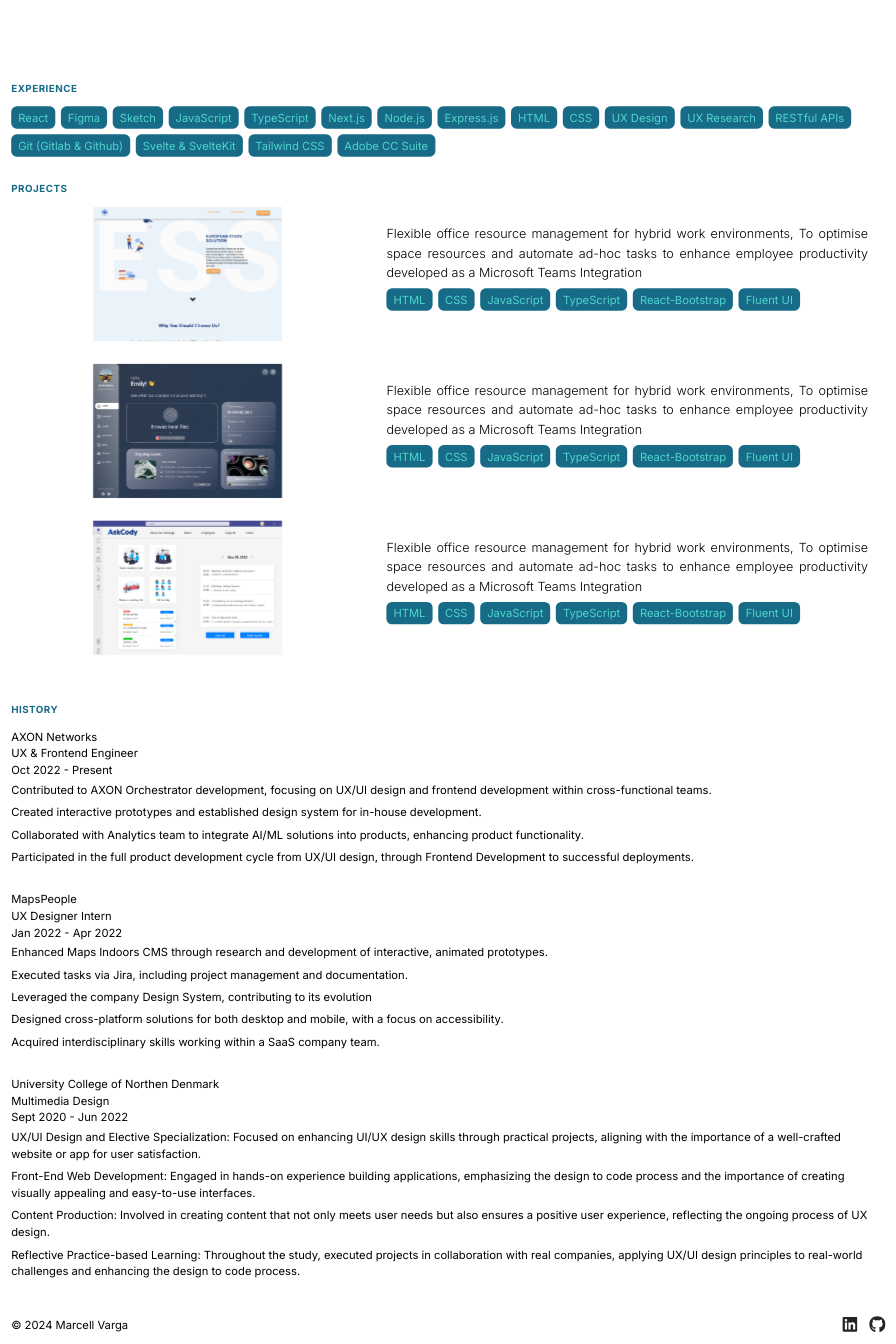
Repository: TheMarcellVarga/personal-portfolio-v.2
Page: /
These files come from the project's save history. The page is drawn as it stood at one moment and after a run of saves; the edit follows.
The browser window is 1280 px wide. The pictures show the part of the page from y = 1457 to 3377 px (the page is 3377 px tall before and 3273 px after), at 70% of full size.
The project was rebuilt for these pictures with package versions that can differ from the ones it lists, and the page was loaded fresh each time. The framework's server and built-in components were replaced by stand-ins that run in the browser. Also part of the build but not shown: next.config.mjs.

Above is the page before, as saved 2024-04-25 23:35:38.

### app/layout.tsx
import type { Metadata } from "next";
import { Inter } from "next/font/google";
import "./globals.css";

const inter = Inter({ subsets: ["latin"] });

export const metadata: Metadata = {
  title: {
    template: "%s | Marcell Varga",
    default: "Marcell Varga",
  },
  description: "Marcell Varga Portfolio | UX & Frontend Engineer",
};
export default function RootLayout({
  children,
}: Readonly<{
  children: React.ReactNode;
}>) {
  return (
    <html lang="en">
      <body className={inter.className}>{children}</body>
    </html>
  );
}

### app/page.tsx
"use client";

import { useState } from "react";
import Link from "next/link";
import Image from "next/image";
import IndexSigAnimated from "../public/icons/indexSigAnimated";

// Header component
const Header = () => {
  const [isOpen, setIsOpen] = useState(false);

  return (
    <header className="flex justify-between items-center w-full">
      <div className="flex items-center">
        {/* Icon */}
        <Link href="/">
          <IndexSigAnimated />
        </Link>
      </div>
      <nav className="flex items-center">
        {/* Hamburger Menu */}
        <div
          className={`md:hidden z-2 ${isOpen ? "open" : ""}`}
          onClick={() => setIsOpen(!isOpen)}
        >
          <div className="w-6 h-0.5 bg-gray-800 mb-1"></div>
          <div className="w-6 h-0.5 bg-gray-800 mb-1"></div>
          <div className="w-6 h-0.5 bg-gray-800"></div>
        </div>
        {/* Navigation Links */}
        <div className={`nav-overlay ${isOpen ? "open" : ""}`}>
          <div className={`${isOpen ? "block" : "hidden"} md:flex space-x-4`}>
            <Link href="/about">
              <div
                className="text-sm font-medium"
                style={{ color: isOpen ? "#eeeeee" : "inherit" }}
              >
                About
              </div>
            </Link>
            <Link href="/work">
              <div
                className="text-sm font-medium"
                style={{ color: isOpen ? "#eeeeee" : "inherit" }}
              >
                Work
              </div>
            </Link>
            <Link href="/contact">
              <div
                className="text-sm font-medium"
                style={{ color: isOpen ? "#eeeeee" : "inherit" }}
              >
                Contact
              </div>
            </Link>
          </div>
        </div>
        <div className={`${isOpen ? "hidden" : "block"}`}>
          <div className={`${isOpen ? "block" : "hidden"} md:flex space-x-4`}>
            <Link href="/about">
              <div
                className="text-sm font-medium"
                style={{ color: isOpen ? "#eeeeee" : "inherit" }}
              >
                About
              </div>
            </Link>
            <Link href="/work">
              <div
                className="text-sm font-medium"
                style={{ color: isOpen ? "#eeeeee" : "inherit" }}
              >
                Work
              </div>
            </Link>
            <Link href="/contact">
              <div
                className="text-sm font-medium"
                style={{ color: isOpen ? "#eeeeee" : "inherit" }}
              >
                Contact
              </div>
            </Link>
          </div>
        </div>
      </nav>
    </header>
  );
};

// Footer component
const Footer = () => {
  return (
    <div className="flex w-full flex-row justify-between items-center">
      <div className="flex w-full">© 2024 Marcell Varga</div>
      <div className="flex space-x-4">
        <Image
          src="/icons/linkedin.svg"
          alt="Linkedin Icon"
          width={24}
          height={24}
        />
        <Image
          src="/icons/github.svg"
          alt="GitHub Icon"
          width={24}
          height={24}
        />
      </div>
    </div>
  );
};

const projects = [
  {
    title:
      "Flexible office resource management for hybrid work environments, To optimise space resources and automate ad-hoc tasks to enhance employee productivity developed as a Microsoft Teams Integration",
    description: "",
    skills: [
      "HTML",
      "CSS",
      "JavaScript",
      "TypeScript",
      "React-Bootstrap",
      "Fluent UI",
    ],
    link: "/ess", // Example link to the project details page
    image: "/images/ess-index.png", // Add the path to the image
  },
  {
    title:
      "Flexible office resource management for hybrid work environments, To optimise space resources and automate ad-hoc tasks to enhance employee productivity developed as a Microsoft Teams Integration",
    description: "",
    skills: [
      "HTML",
      "CSS",
      "JavaScript",
      "TypeScript",
      "React-Bootstrap",
      "Fluent UI",
    ],
    link: "/catchscan", // Example link to the project details page
    image: "/images/catchscan-index.png", // Add the path to the image
  },
  {
    title:
      "Flexible office resource management for hybrid work environments, To optimise space resources and automate ad-hoc tasks to enhance employee productivity developed as a Microsoft Teams Integration",
    description: "",
    skills: [
      "HTML",
      "CSS",
      "JavaScript",
      "TypeScript",
      "React-Bootstrap",
      "Fluent UI",
    ],
    link: "/askcody", // Example link to the project details page
    image: "/images/askcody-index.png", // Add the path to the image
  },
  // Add more projects here
];

const history = [
  {
    company: "AXON Networks",
    jobTitle: "UX & Frontend Engineer",
    time: {
      start: "Oct 2022",
      end: "",
    },
    description: [
      "Contributed to AXON Orchestrator development, focusing on UX/UI design and frontend development within cross-functional teams.",
      "Created interactive prototypes and established design system for in-house development.",
      "Collaborated with Analytics team to integrate AI/ML solutions into products, enhancing product functionality.",
      "Participated in the full product development cycle from UX/UI design, through Frontend Development to successful deployments.",
    ],
    skills: [
      "HTML",
      "CSS",
      "JavaScript",
      "TypeScript",
      "React-Bootstrap",
      "Fluent UI",
    ],
  },
  {
    company: "MapsPeople",
    jobTitle: "UX Designer Intern",
    time: {
      start: "Jan 2022",
      end: "Apr 2022",
    },
    description: [
      "Enhanced Maps Indoors CMS through research and development of interactive, animated prototypes.",
      "Executed tasks via Jira, including project management and documentation.",
      "Leveraged the company Design System, contributing to its evolution",
      "Designed cross-platform solutions for both desktop and mobile, with a focus on accessibility.",
      "Acquired interdisciplinary skills working within a SaaS company team.",
    ],
    skills: [
      "HTML",
      "CSS",
      "JavaScript",
      "TypeScript",
      "React-Bootstrap",
      "Fluent UI",
    ],
  },
  {
    company: "University College of Northen Denmark",
    jobTitle: "Multimedia Design",
    time: {
      start: "Sept 2020",
      end: "Jun 2022",
    },
    description: [
      "UX/UI Design and Elective Specialization: Focused on enhancing UI/UX design skills through practical projects, aligning with the importance of a well-crafted website or app for user satisfaction.",
      "Front-End Web Development: Engaged in hands-on experience building applications, emphasizing the design to code process and the importance of creating visually appealing and easy-to-use interfaces.",
      "Content Production: Involved in creating content that not only meets user needs but also ensures a positive user experience, reflecting the ongoing process of UX design.",
      "Reflective Practice-based Learning: Throughout the study, executed projects in collaboration with real companies, applying UX/UI design principles to real-world challenges and enhancing the design to code process.",
    ],
    skills: [
      "HTML",
      "CSS",
      "JavaScript",
      "TypeScript",
      "React-Bootstrap",
      "Fluent UI",
    ],
  },
  // Add more projects here
];

export default function Page() {
  return (
    <div className="m-4">
      <Header />
      <main className="flex flex-col items-center justify-between h-screen m-4 gap-1 w-full">
        <div className="flex-grow pb-12 w-full flex flex-col items-center justify-center gap-">
          <div className="flex flex-row w-full text-7xl font-medium items-center justify-start">
            Hey, I'm&nbsp;
            <span className="text-custom-blue font-bold">Marcell Varga</span>
          </div>
          <div className="flex w-full text-4xl font-light items-center justify-start my-2">
            UX & Frontend engineer
          </div>
        </div>
        <div className="pb-32 flex flex-col items-center justify-start">
          <Image
            className="animate-moveDown"
            src="/icons/mouseScroll.svg"
            alt="Scroll your mouse down Icon"
            width={30}
            height={30}
          />
        </div>
      </main>
      {/* Drive Section */}
      <section className="flex flex-col items-center justify-between h-screen m-4 gap-1 w-full">
        <div className="flex w-full h-screen text-5xl font-medium items-center justify-start">
          <h2 className="text-2xl font-light text-justify m-6">
            An adventurous UX & Frontend engineer with an enthusiasm for
            crafting delightful digital experiences. I thrive on solving complex
            problems through efficient design and love turning challenges into
            opportunities. Overcoming challenges through efficient design is
            what fuelling my everyday drive.
          </h2>
        </div>
      </section>
      <section className="flex flex-col items-center justify-between my-4 gap-1 w-full">
        {/* New Experience Section */}
        <article className="mt-8 w-full">
          <h2 className="text-custom-blue text-sm font-bold mb-4 tracking-wider uppercase">
            Experience
          </h2>
          <div className="flex flex-wrap gap-2">
            {[
              "React",
              "Figma",
              "Sketch",
              "JavaScript",
              "TypeScript",
              "Next.js",
              "Node.js",
              "Express.js",
              "HTML",
              "CSS",
              "UX Design",
              "UX Research",
              "RESTful APIs",
              "Git (Gitlab & Github)",
              "Svelte & SvelteKit",
              "Tailwind CSS",
              "Adobe CC Suite",
            ].map((skill) => (
              <div
                key={skill}
                className="bg-custom-blue text-custom-teal px-2.5 py-1 rounded-lg"
              >
                {skill}
              </div>
            ))}
          </div>
        </article>
        <article className="my-8 w-full">
          <h2 className="text-custom-blue text-sm font-bold mb-4 tracking-wider uppercase">
            Projects
          </h2>
          <div className="flex flex-col gap-8">
            {projects.map((project) => (
              <div key={project.title} className="flex gap-2">
                <div className="w-full h-full relative rounded-lg overflow-hidden y-5">
                  <Link href={project.link} className="block h-48">
                    <Image
                      src={project.image} // Use the image path from the project object
                      alt={project.title} // Use the project title as the alt text
                      layout="fill" // Make the image fill its container
                      objectFit="contain" // Adjust the image's aspect ratio to cover the container
                    />
                  </Link>
                </div>
                <div className="flex flex-col m-6 gap-2">
                  <div className="text-lg font-light text-justify">
                    <div>{project.title}</div>
                    <div>{project.description}</div>
                  </div>
                  <div className="flex flex-wrap gap-2">
                    {project.skills.map((skill) => (
                      <div
                        key={skill}
                        className="bg-custom-blue text-custom-teal px-2.5 py-1 rounded-lg"
                      >
                        {skill}
                      </div>
                    ))}
                  </div>
                </div>
              </div>
            ))}
          </div>
        </article>
        <article className="my-8 w-full">
          <h2 className="text-custom-blue text-sm font-bold mb-4 tracking-wider uppercase">
            History
          </h2>
          <div className="flex flex-col gap-8">
            {history.map((item, index) => (
              <div key={index}>
                <div>
                  <h3>{item.company}</h3>
                </div>
                <div>
                  <h3>{item.jobTitle}</h3>
                  <h4>
                    {item.time.start} -{" "}
                    {item.time.end ? item.time.end : "Present"}
                  </h4>
                  <p>
                    {item.description.map((desc, index) => (
                      <p key={index} className="py-1">{desc}</p>
                    ))}
                  </p>
                </div>
                {/* Render other properties as needed */}
              </div>
            ))}
          </div>
        </article>
      </section>
      <Footer />
    </div>
  );
}

### app/globals.css
@tailwind base;
@tailwind components;
@tailwind utilities;

/* :root {
  --foreground-rgb: 0, 0, 0;
  --background-start-rgb: 214, 219, 220;
  --background-end-rgb: 255, 255, 255;
}

@media (prefers-color-scheme: dark) {
  :root {
    --foreground-rgb: 255, 255, 255;
    --background-start-rgb: 0, 0, 0;
    --background-end-rgb: 0, 0, 0;
  }
}

body {
  color: rgb(var(--foreground-rgb));
  background: linear-gradient(
      to bottom,
      transparent,
      rgb(var(--background-end-rgb))
    )
    rgb(var(--background-start-rgb));
}

@layer utilities {
  .text-balance {
    text-wrap: balance;
  }
} */

@-webkit-keyframes animate-svg-stroke-1 {
  0% {
    stroke-dashoffset: 210.06117248535156px;
    stroke-dasharray: 210.06117248535156px;
  }

  100% {
    stroke-dashoffset: 420.1223449707031px;
    stroke-dasharray: 210.06117248535156px;
  }
}

@keyframes animate-svg-stroke-1 {
  0% {
    stroke-dashoffset: 210.06117248535156px;
    stroke-dasharray: 210.06117248535156px;
  }

  100% {
    stroke-dashoffset: 420.1223449707031px;
    stroke-dasharray: 210.06117248535156px;
  }
}

.svg-elem-1 {
  -webkit-animation: animate-svg-stroke-1 1s ease-in-out 1s both;
  animation: animate-svg-stroke-1 1s ease-in-out 1s both;
}

@-webkit-keyframes animate-svg-stroke-2 {
  0% {
    stroke-dashoffset: 798.271240234375px;
    stroke-dasharray: 798.271240234375px;
  }

  100% {
    stroke-dashoffset: 1596.54248046875px;
    stroke-dasharray: 798.271240234375px;
  }
}

@keyframes animate-svg-stroke-2 {
  0% {
    stroke-dashoffset: 798.271240234375px;
    stroke-dasharray: 798.271240234375px;
  }

  100% {
    stroke-dashoffset: 1596.54248046875px;
    stroke-dasharray: 798.271240234375px;
  }
}

.svg-elem-2 {
  -webkit-animation: animate-svg-stroke-2 1s ease-in-out 1.12s both;
  animation: animate-svg-stroke-2 1s ease-in-out 1.12s both;
}

@-webkit-keyframes animate-svg-stroke-3 {
  0% {
    stroke-dashoffset: 2px;
    stroke-dasharray: 2px;
  }

  100% {
    stroke-dashoffset: 4px;
    stroke-dasharray: 2px;
  }
}

@keyframes animate-svg-stroke-3 {
  0% {
    stroke-dashoffset: 2px;
    stroke-dasharray: 2px;
  }

  100% {
    stroke-dashoffset: 4px;
    stroke-dasharray: 2px;
  }
}

.svg-elem-3 {
  -webkit-animation: animate-svg-stroke-3 1s ease-in-out 1.24s both;
  animation: animate-svg-stroke-3 1s ease-in-out 1.24s both;
}

/* CSS for the overlay */
.nav-overlay {
  position: fixed;
  top: 0;
  right: 0;
  width: 80%; /* Adjust the width as needed */
  height: 100%;
  background-color: rgba(23, 107, 135, 1); /* Semi-transparent background */
  transform: translateX(100%); /* Hidden off-screen to the right */
  transition: transform 0.3s ease-out; /* Smooth transition */
  display: flex;
  flex-direction: column;
  justify-content: center;
  align-items: center;
  padding: 2rem;
  z-index: 2; /* Ensure it's above other content */
}

.nav-overlay.open {
  transform: translateX(0); /* Slide in from the right */
}

/* Hamburger menu with increased z-index when open */
.md\:hidden {
  cursor: pointer;
  z-index: 2; /* Default z-index */
}

.md\:hidden.open {
  z-index: 5; /* Increased z-index when open */
}

/* Hamburger menu lines */
.md\:hidden > div {
  transition: all 0.3s ease;
}

/* Top line of the hamburger menu */
.md\:hidden > div:nth-child(1) {
  transform-origin: center;
}

/* Middle line of the hamburger menu */
.md\:hidden > div:nth-child(2) {
  transform-origin: center;
}

/* Bottom line of the hamburger menu */
.md\:hidden > div:nth-child(3) {
  transform-origin: center;
}

/* Animation for the hamburger menu to become a cross */
.md\:hidden.open > div:nth-child(1) {
  transform: rotate(45deg);
}

.md\:hidden.open > div:nth-child(2) {
  opacity: 0;
}

.md\:hidden.open > div:nth-child(3) {
  transform: rotate(-45deg);
}

/* Hamburger menu with increased z-index when open */
.md\:hidden {
  cursor: pointer;
  z-index: 2; /* Default z-index */
}

.md\:hidden.open {
  z-index: 5; /* Increased z-index when open */
}

/* CSS for the close button */
.close-btn {
  position: absolute;
  top: 1rem;
  right: 1rem;
  background: none;
  border: none;
  font-size: 1.5rem;
  color: #fff;
  cursor: pointer;
}

@keyframes moveDown {
  0% {
    transform: translateY(0);
  }
  100% {
    transform: translateY(10px); /* Adjust the value as needed */
  }
}

.animate-moveDown {
  animation: moveDown 2s infinite alternate ease-in-out; /* Adjust the duration as needed */
}

### public/icons/indexSigAnimated.tsx
import React from 'react';

const IndexSigIcon: React.FC = () => {
 return (
    <svg className="svg-elem-1" width="85" height="37" viewBox="0 0 85 37" fill="none" xmlns="http://www.w3.org/2000/svg">
      <g clipPath="url(#clip0_18_152)">
        <path d="M0.396973 36.3291C0.396973 36.3291 1.80464 21.811 13.6633 7.89246" stroke="#053B50" strokeLinecap="round" strokeLinejoin="round"/>
        <path d="M84.6029 0.378418C83.4907 1.72562 28.5188 31.0478 28.5188 31.0478C34.2765 18.2493 39.5275 5.38881 37.4414 4.87415C37.3274 4.8523 37.2096 4.85749 37.0982 4.88928C31.574 6.017 19.8186 16.4677 17.715 17.2805C17.665 17.3015 17.6107 17.3113 17.5561 17.3093C16.4821 17.2881 15.8514 13.5856 15.4907 9.68776" stroke="#053B50" strokeLinecap="round" strokeLinejoin="round"/>
      </g>
      <defs>
        <clipPath id="clip0_18_152">
          <rect width="85" height="36.7076" fill="white"/>
        </clipPath>
      </defs>
    </svg>
 );
};

export default IndexSigIcon;

### tailwind.config.ts
import type { Config } from "tailwindcss";

const config: Config = {
  content: [
    "./pages/**/*.{js,ts,jsx,tsx,mdx}",
    "./components/**/*.{js,ts,jsx,tsx,mdx}",
    "./app/**/*.{js,ts,jsx,tsx,mdx}",
  ],
  theme: {
    extend: {
      backgroundImage: {
        "gradient-radial": "radial-gradient(var(--tw-gradient-stops))",
        "gradient-conic":
          "conic-gradient(from 180deg at 50% 50%, var(--tw-gradient-stops))",
      },
      colors: {
        "custom-blue": "#176B87",
        "custom-teal": "#4FD5CC",
      },
    },
  },
  plugins: [],
};

export default config;

After the next 2 saves:
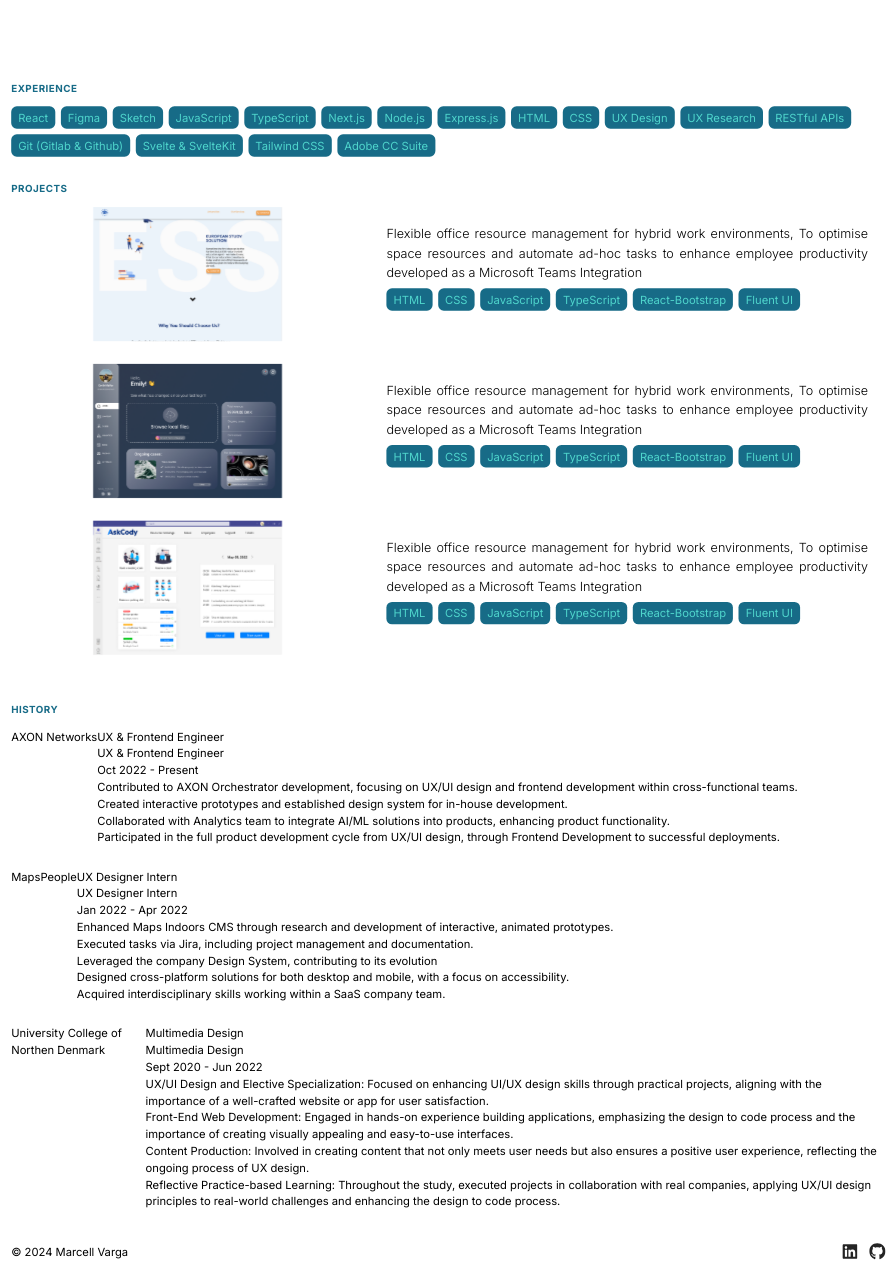
The 2 saves are shown as one change because they came seconds apart.
The last was saved 3 min 23 s later.
--- a/app/page.tsx
+++ b/app/page.tsx
@@ -346,21 +346,24 @@ export default function Page() {
           </h2>
           <div className="flex flex-col gap-8">
             {history.map((item, index) => (
-              <div key={index}>
-                <div>
+              <div key={index} className="flex">
+                <div className="flex flex-col">
                   <h3>{item.company}</h3>
                 </div>
-                <div>
+                <div className="flex flex-col">
+                  <h3>{item.jobTitle}</h3>
                   <h3>{item.jobTitle}</h3>
                   <h4>
                     {item.time.start} -{" "}
                     {item.time.end ? item.time.end : "Present"}
                   </h4>
-                  <p>
+                  <div>
                     {item.description.map((desc, index) => (
-                      <p key={index} className="py-1">{desc}</p>
+                      <p key={index} className="py-">
+                        {desc}
+                      </p>
                     ))}
-                  </p>
+                  </div>
                 </div>
                 {/* Render other properties as needed */}
               </div>
